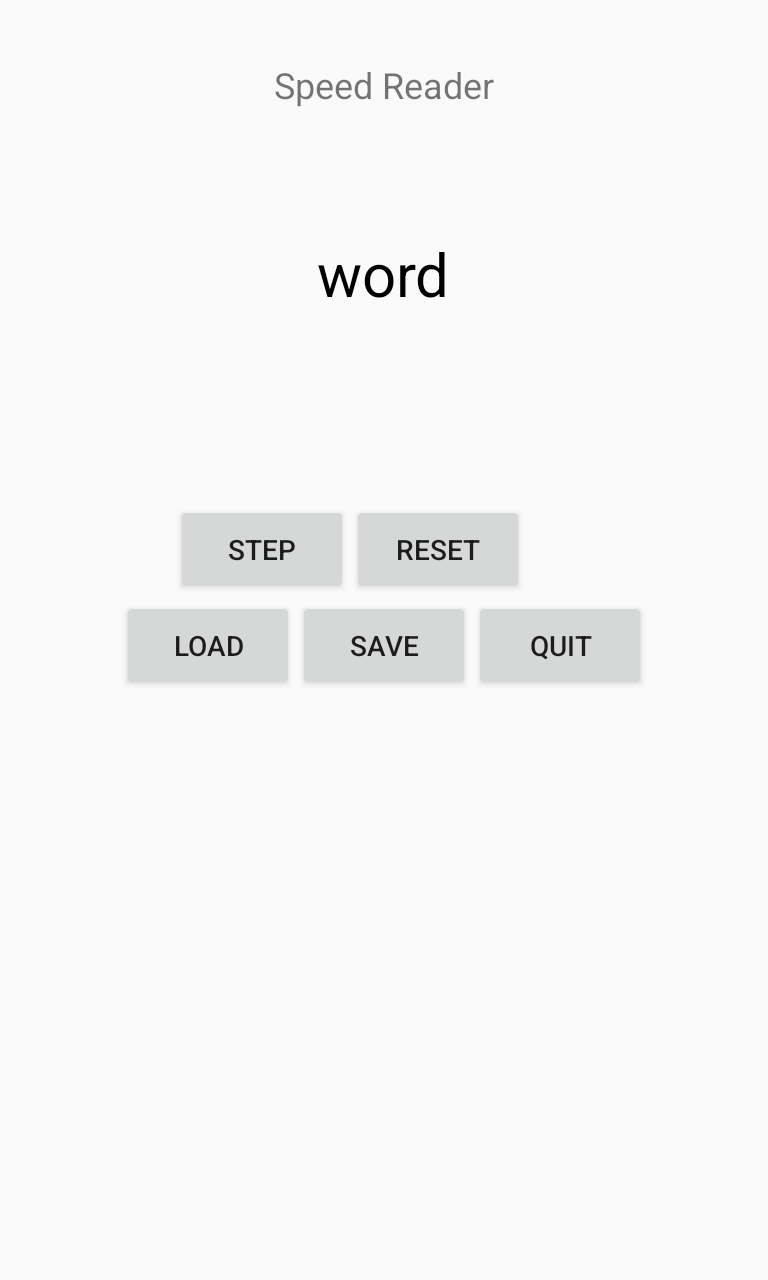
Repository: hdemby/workspace
Layout: Reader/res/layout/activity_main.xml
The author's editor kept a copy of each file at every save. The layout is drawn from the files as they stood at one save, then again after the next save.
It is drawn on a 768 x 1280 px phone screen (xhdpi) without system bars, with theme AppTheme; the app's code is not run.

Above is the layout before, as saved 2014-12-04 17:56:46.

After the next save:
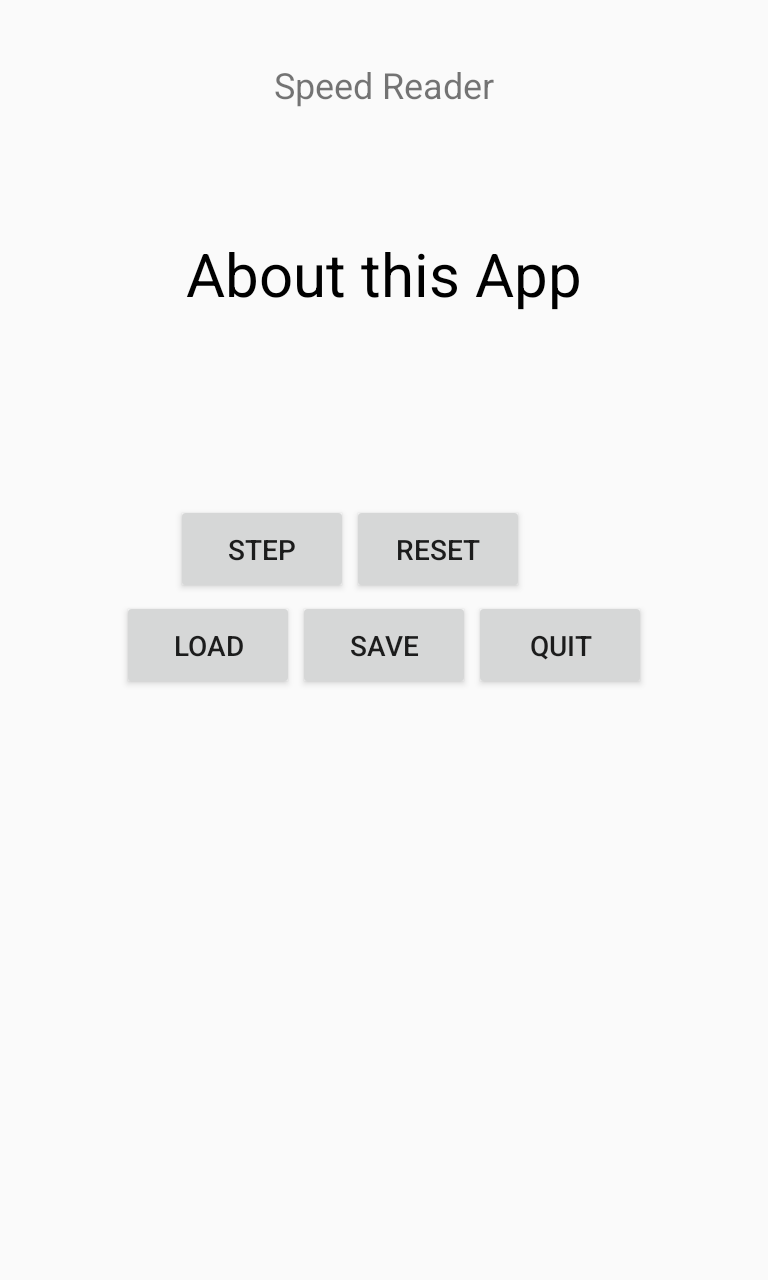
Saved 93 s later.
--- a/Reader/res/values/strings.xml
+++ b/Reader/res/values/strings.xml
@@ -4,7 +4,7 @@
     <string name="app_name">Reader</string>
     <string name="hello_world">Speed Reader</string>
     <string name="action_settings">Settings</string>
-    <string name="display_text">word</string>
+    <string name="display_text">About this App</string>
     <string name="content_text">This text will be displayed one word at a time to facilitate
         speed reading using the \'spritz\' method. I hope to include text from the course
         lectures that have been saved as a resource to provide selectable content for this app if time allows.
